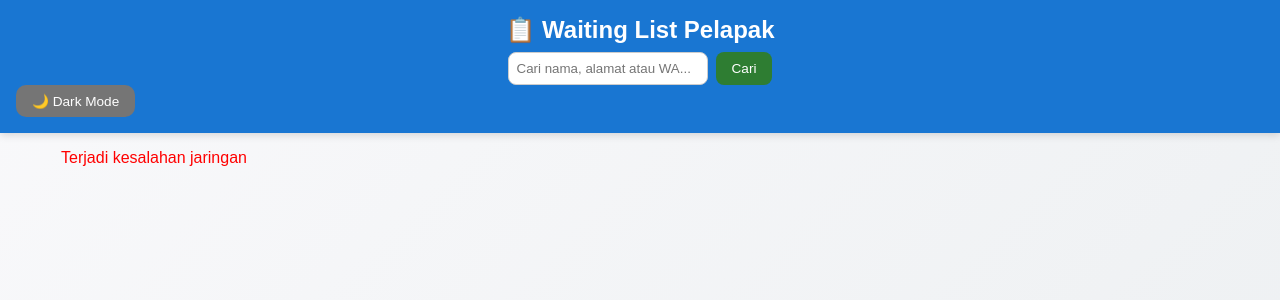
Repository: pasarrakyatbak/WaitingListforPanitia
Page: index.html
These files come from the project's save history. The page is drawn as it stood at one moment and after the next save; the edit follows.
The browser window is 1280 px wide. The pictures show the whole page.
The page's requests for data from a server got no answer.

Above is the page before, as saved 2025-09-25 15:42:06.

### index.html
<!DOCTYPE html>
<html lang="id">

<head>
    <meta charset="UTF-8" />
    <meta name="viewport" content="width=device-width, initial-scale=1.0" />
    <title>Waiting List Pelapak</title>
    <link rel="stylesheet" href="style.css" />
    <link href="https://fonts.googleapis.com/icon?family=Material+Icons" rel="stylesheet">
</head>

<body>
    <header>
        <h1>📋 Waiting List Pelapak</h1>
        <div class="header-actions">
            <div class="search-container">
                <input type="text" id="searchInput" placeholder="Cari nama, alamat atau WA...">
                <button id="searchBtn" class="btn primary">Cari</button>
            </div>
            <button id="darkSwitch" class="btn secondary">🌙 Dark Mode</button>
        </div>
    </header>
    <main class="container">
        <!-- Loader Global -->
        <div id="loader" class="loader hidden">
            <div class="spinner"></div>
            <p>Sedang memuat data...</p>
        </div>

        <!-- List Container -->
        <div id="listContainer" class="grid"></div>

        <!-- Pagination -->
        <div id="pagination" class="pagination"></div>
    </main>

    <!-- Modal Konfirmasi -->
    <div id="modal" class="modal hidden">
        <div class="modal-content">
            <p id="modalMessage"></p>
            <div class="modal-actions">
                <button id="confirmBtn" class="btn primary">
                    <span class="btn-text">Ya</span>
                    <span class="btn-spinner hidden"></span>
                </button>
                <button id="cancelBtn" class="btn secondary">Batal</button>
            </div>
        </div>
    </div>

    <!-- Toast Notification -->
    <div id="toast" class="toast hidden">
        <span id="toastMessage"></span>
        <button id="toastClose">&times;</button>
    </div>

    <script src="script.js"></script>
</body>

</html>

### style.css
/* Reset & global */
* {
    margin: 0;
    padding: 0;
    box-sizing: border-box;
}

body {
    font-family: "Poppins", sans-serif;
    background: linear-gradient(135deg, #f9f9fb, #eceff1);
    color: #333;
    min-height: 100vh;
    display: flex;
    flex-direction: column;
}

header {
    padding: 1rem;
    text-align: center;
    background: #1976d2;
    color: #fff;
    box-shadow: 0 2px 8px rgba(0, 0, 0, 0.15);
}

h1 {
    font-size: 1.5rem;
    font-weight: 600;
    margin-bottom: 0.5rem;
}

.search-container {
    margin-top: 0.5rem;
    display: flex;
    justify-content: center;
    gap: 0.5rem;
}

.search-container input {
    padding: 0.5rem;
    border-radius: 8px;
    border: 1px solid #ccc;
    width: 200px;
}

.search-container button {
    padding: 0.5rem 1rem;
    border-radius: 8px;
    border: none;
    cursor: pointer;
}

/* Loader Global */
.loader {
    display: flex;
    flex-direction: column;
    align-items: center;
    justify-content: center;
    margin: 2rem 0;
    gap: 0.8rem;
}

.loader.hidden {
    display: none;
}

.spinner {
    border: 4px solid #eee;
    border-top: 4px solid #1976d2;
    border-radius: 50%;
    width: 36px;
    height: 36px;
    animation: spin 1s linear infinite;
}

@keyframes spin {
    100% {
        transform: rotate(360deg);
    }
}

/* Grid layout responsif */
.grid {
    display: grid;
    gap: 1rem;
    margin-top: 1rem;
}

@media(min-width:480px) {
    .grid {
        grid-template-columns: repeat(2, 1fr);
    }
}

@media(min-width:768px) {
    .grid {
        grid-template-columns: repeat(3, 1fr);
    }
}

@media(min-width:1024px) {
    .grid {
        grid-template-columns: repeat(4, 1fr);
    }
}

/* Card style */
.card {
    background: #fff;
    border-radius: 16px;
    box-shadow: 0 6px 16px rgba(0, 0, 0, 0.08);
    padding: 1rem 1.2rem;
    display: flex;
    flex-direction: column;
    justify-content: space-between;
    transition: transform 0.25s ease, box-shadow 0.25s ease;
}

.card:hover {
    transform: translateY(-4px);
    box-shadow: 0 10px 24px rgba(0, 0, 0, 0.12);
}

.card.done {
    border: 2px solid #2e7d32;
    background: #f1f8f4;
}

.card .title {
    font-size: 1.1rem;
    font-weight: 600;
    margin-bottom: 0.3rem;
    color: #222;
}

.card .subtitle {
    color: #555;
    font-size: 0.9rem;
    margin-bottom: 0.25rem;
}

.card .actions {
    margin-top: 0.8rem;
    display: flex;
    gap: 0.5rem;
}

/* Button styles */
.btn {
    border: none;
    padding: 0.5rem 1rem;
    border-radius: 10px;
    cursor: pointer;
    font-size: 0.85rem;
    font-weight: 500;
    transition: 0.3s ease;
    display: flex;
    align-items: center;
}

.btn.primary {
    background: #2e7d32;
    color: #fff;
}

.btn.primary:hover {
    background: #1b5e20;
}

.btn.secondary {
    background: #757575;
    color: #fff;
}

.btn.secondary:hover {
    background: #616161;
}

.btn.danger {
    background: #c62828;
    color: #fff;
}

.btn.danger:hover {
    background: #8e0000;
}

/* Modal */
.modal {
    position: fixed;
    inset: 0;
    background: rgba(0, 0, 0, 0.45);
    display: flex;
    align-items: center;
    justify-content: center;
    z-index: 1000;
}

.modal.hidden {
    display: none;
}

.modal-content {
    background: #fff;
    padding: 1.5rem;
    border-radius: 14px;
    width: 90%;
    max-width: 340px;
    text-align: center;
    animation: fadeInUp 0.3s ease;
}

.modal-actions {
    margin-top: 1rem;
    display: flex;
    justify-content: space-around;
}

/* Toast */
.toast {
    position: fixed;
    top: 50%;
    left: 50%;
    transform: translate(-50%, -50%) scale(0.95);
    background: #323232;
    color: #fff;
    padding: 1rem 1.2rem;
    border-radius: 12px;
    font-size: 0.95rem;
    box-shadow: 0 8px 24px rgba(0, 0, 0, 0.2);
    opacity: 0;
    display: flex;
    align-items: center;
    gap: 1rem;
    transition: opacity 0.4s ease, transform 0.4s ease;
    z-index: 2000;
}

.toast.show {
    opacity: 1;
    transform: translate(-50%, -50%) scale(1.05);
}

.toast.success {
    background: #2e7d32;
}

.toast.error {
    background: #c62828;
}

.toast button {
    background: transparent;
    border: none;
    color: #fff;
    font-size: 1.2rem;
    cursor: pointer;
}

/* Animasi */
@keyframes fadeInUp {
    from {
        transform: translateY(20px);
        opacity: 0;
    }

    to {
        transform: translateY(0);
        opacity: 1;
    }
}

/* Spinner kecil di tombol modal */
.btn-spinner {
    border: 3px solid rgba(255, 255, 255, 0.5);
    border-top: 3px solid #fff;
    border-radius: 50%;
    width: 16px;
    height: 16px;
    margin-left: 8px;
    animation: spin 0.8s linear infinite;
    display: inline-block;
}

.btn-spinner.hidden {
    display: none;
}

/* Spinner kecil di tombol card */
.btn-card-spinner {
    border: 2px solid rgba(255, 255, 255, 0.5);
    border-top: 2px solid #fff;
    border-radius: 50%;
    width: 14px;
    height: 14px;
    margin-left: 6px;
    animation: spin 0.8s linear infinite;
    display: inline-block;
}

.btn-card-spinner.hidden {
    display: none;
}

/* Pagination */
.pagination {
    display: flex;
    justify-content: center;
    gap: 0.5rem;
    margin-top: 1rem;
}

.pagination button {
    padding: 0.4rem 0.8rem;
    border-radius: 6px;
    border: 1px solid #1976d2;
    background: #fff;
    color: #1976d2;
    cursor: pointer;
}

.pagination button.active {
    background: #1976d2;
    color: #fff;
}

.pagination button:hover {
    opacity: 0.8;
}

/* Dark Mode */
body.dark {
    background: linear-gradient(135deg, #1c1c1e, #2c2c2e);
    color: #e5e5e5;
}

body.dark header {
    background: #121212;
    color: #fff;
}

body.dark .card {
    background: #1e1e1e;
    color: #e5e5e5;
    box-shadow: 0 6px 16px rgba(0, 0, 0, 0.4);
}

body.dark .card.done {
    border: 2px solid #4caf50;
    background: #2a2f2a;
}

body.dark .card .subtitle {
    color: #ccc;
}

body.dark .btn.primary {
    background: #4caf50;
    color: #fff;
}

body.dark .btn.primary:hover {
    background: #388e3c;
}

body.dark .btn.secondary {
    background: #757575;
    color: #fff;
}

body.dark .btn.secondary:hover {
    background: #616161;
}

body.dark .btn.danger {
    background: #e53935;
    color: #fff;
}

body.dark .btn.danger:hover {
    background: #b71c1c;
}

body.dark .modal-content {
    background: #2c2c2e;
    color: #fff;
}

body.dark .toast.success {
    background: #4caf50;
}

body.dark .toast.error {
    background: #e53935;
}

body.dark .pagination button {
    border-color: #4caf50;
    color: #4caf50;
    background: #1c1c1e;
}

body.dark .pagination button.active {
    background: #4caf50;
    color: #fff;
}

### script.js
const URL_API = "https://script.google.com/macros/s/AKfycby4z2qZ24SrJkcyGpybH29lSUC_3_z1LG-7wSmTzpaOEXrwjXf0Cl3hqkg95qAxPj1-/exec";

const listContainer = document.getElementById("listContainer");
const modal = document.getElementById("modal");
const modalMessage = document.getElementById("modalMessage");
const confirmBtn = document.getElementById("confirmBtn");
const cancelBtn = document.getElementById("cancelBtn");
const loader = document.getElementById("loader");
const btnText = confirmBtn.querySelector(".btn-text");
const btnSpinner = confirmBtn.querySelector(".btn-spinner");
const searchInput = document.getElementById("searchInput");
const searchBtn = document.getElementById("searchBtn");
const paginationDiv = document.getElementById("pagination");
const darkSwitch = document.getElementById("darkSwitch");

let selectedItem = null;
let selectedAction = null;
let selectedCardButton = null;
let currentPage = 1;
let totalPages = 1;
let currentKeyword = "";

// Loader global
function showLoader() { loader.classList.remove("hidden"); }
function hideLoader() { loader.classList.add("hidden"); }

// Spinner modal Ya
function setButtonLoading(state) {
    if (state) { btnText.textContent = "Memproses..."; btnSpinner.classList.remove("hidden"); confirmBtn.disabled = true; }
    else { btnText.textContent = "Ya"; btnSpinner.classList.add("hidden"); confirmBtn.disabled = false; }
}

// Load data
async function loadData(page = 1, limit = 10, keyword = "") {
    showLoader();
    let url = keyword && keyword.trim() !== ""
        ? `${URL_API}?action=searchWaitingList&keyword=${encodeURIComponent(keyword)}&page=${page}&limit=${limit}`
        : `${URL_API}?action=waitingList&page=${page}&limit=${limit}`;
    try {
        const res = await fetch(url);
        const json = await res.json();
        listContainer.innerHTML = "";
        if (json.success) {
            json.data.forEach(item => renderCard(item));
            currentPage = page;
            totalPages = json.totalPages || 1;
            renderPagination();
        } else {
            listContainer.innerHTML = `<p style="text-align:center;">${json.message || 'Gagal mengambil data'}</p>`;
            paginationDiv.innerHTML = "";
        }
    } catch (err) {
        console.error("Error loadData:", err);
        listContainer.innerHTML = `<p style="text-align:center; color:red;">Terjadi kesalahan jaringan</p>`;
        paginationDiv.innerHTML = "";
    } finally { hideLoader(); }
}

// Render card
function renderCard(item) {
    const card = document.createElement("div");
    card.classList.add("card");
    if (item.status === "done") card.classList.add("done");
    card.dataset.no = item.no;

    card.innerHTML = `
      <div class="title">${item.no}. ${item.nama}</div>
      <div class="subtitle"><strong>Alamat:</strong> ${item.alamat}</div>
      <div class="subtitle"><strong>Jualan:</strong> ${item.jualan}</div>
      <div class="subtitle"><strong>WA:</strong> ${item.nomor_wa}</div>
      <div class="actions">
        <button class="btn primary">
          Done <span class="btn-card-spinner hidden"></span>
        </button>
        <button class="btn danger">
          Hapus <span class="btn-card-spinner hidden"></span>
        </button>
      </div>
    `;

    const btnDone = card.querySelector(".btn.primary");
    const btnHapus = card.querySelector(".btn.danger");
    const spinnerDone = btnDone.querySelector(".btn-card-spinner");
    const spinnerHapus = btnHapus.querySelector(".btn-card-spinner");

    btnDone.addEventListener("click", () => {
        selectedItem = item;
        selectedAction = "done";
        selectedCardButton = btnDone;
        modalMessage.textContent = `Tandai "${item.nama}" sebagai Done?`;
        modal.classList.remove("hidden");
    });

    btnHapus.addEventListener("click", () => {
        selectedItem = item;
        selectedAction = "delete";
        selectedCardButton = btnHapus;
        modalMessage.textContent = `Hapus "${item.nama}" dari waiting list?`;
        modal.classList.remove("hidden");
    });

    listContainer.appendChild(card);
}

// Modal cancel
cancelBtn.addEventListener("click", () => {
    modal.classList.add("hidden");
    selectedItem = null;
    selectedAction = null;
    selectedCardButton = null;
});

// Modal confirm
confirmBtn.addEventListener("click", async () => {
    if (!selectedItem || !selectedAction) {
        modal.classList.add("hidden");
        return;
    }

    const actionApi = selectedAction === "done" ? "approveWaitingList" : "deleteWaitingList";

    // Spinner modal Ya
    setButtonLoading(true);

    // Spinner tombol card (Done atau Hapus)
    const spinnerCard = selectedCardButton.querySelector(".btn-card-spinner");
    selectedCardButton.disabled = true;
    spinnerCard.classList.remove("hidden");

    try {
        const res = await fetch(URL_API, {
            method: "POST",
            body: new URLSearchParams({
                action: actionApi,
                no: selectedItem.no
            })
        });
        const json = await res.json();

        if (json.success) {
            if (selectedAction === "done") {
                markAsDone(selectedItem.no);
                showToast(`"${selectedItem.nama}" ditandai Done ✅`, "success");
            } else { // Hapus
                removeCard(selectedItem.no);
                showToast(`"${selectedItem.nama}" berhasil dihapus ❌`, "success");
            }
        } else {
            showToast(json.message || "Gagal update data", "error");
        }
    } catch (err) {
        console.error("Error confirm:", err);
        showToast("Kesalahan jaringan", "error");
    } finally {
        setButtonLoading(false);
        spinnerCard.classList.add("hidden"); // Hentikan spinner
        selectedCardButton.disabled = false;  // Aktifkan kembali tombol card
        modal.classList.add("hidden");
        selectedItem = null;
        selectedAction = null;
        selectedCardButton = null;
    }
});

function markAsDone(no) {
    const card = listContainer.querySelector(`.card[data-no="${no}"]`);
    if (card) card.classList.add("done");
}

function removeCard(no) {
    const card = listContainer.querySelector(`.card[data-no="${no}"]`);
    if (card) card.remove();
}

// Toast
function showToast(message, type = "success") {
    const toast = document.getElementById("toast");
    const toastMessage = document.getElementById("toastMessage");
    const toastClose = document.getElementById("toastClose");
    toastMessage.textContent = message;
    toast.className = `toast ${type} show`;
    const timer = setTimeout(() => { toast.className = "toast hidden"; }, 3000);
    toastClose.onclick = () => { clearTimeout(timer); toast.className = "toast hidden"; };
}

// Pagination
function renderPagination() {
    paginationDiv.innerHTML = "";
    for (let i = 1; i <= totalPages; i++) {
        const btn = document.createElement("button");
        btn.textContent = i;
        if (i === currentPage) btn.classList.add("active");
        btn.addEventListener("click", () => { loadData(i, 10, currentKeyword); });
        paginationDiv.appendChild(btn);
    }
}

// Search
searchBtn.addEventListener("click", () => {
    currentKeyword = searchInput.value.trim();
    loadData(1, 10, currentKeyword);
});

searchInput.addEventListener("keypress", (e) => {
    if (e.key === "Enter") { searchBtn.click(); }
});
// Cek preferensi di localStorage
if (localStorage.getItem("darkMode") === "true") {
    document.body.classList.add("dark");
    darkSwitch.textContent = "☀️ Light Mode";
}

// Toggle dark mode
darkSwitch.addEventListener("click", () => {
    document.body.classList.toggle("dark");
    const isDark = document.body.classList.contains("dark");
    localStorage.setItem("darkMode", isDark);
    darkSwitch.textContent = isDark ? "☀️ Light Mode" : "🌙 Dark Mode";
});
// Load awal
window.addEventListener("DOMContentLoaded", () => { loadData(); });

After the next save:
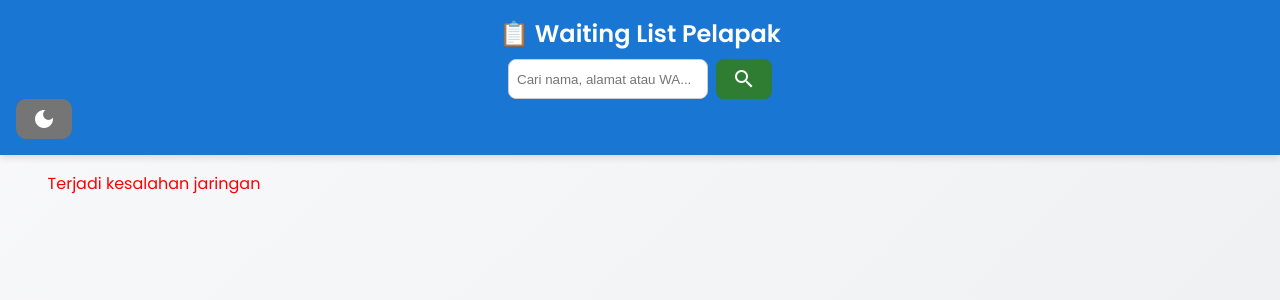
Saved 2 min 44 s later.
--- a/index.html
+++ b/index.html
@@ -2,24 +2,30 @@
 <html lang="id">
 
 <head>
-    <meta charset="UTF-8" />
-    <meta name="viewport" content="width=device-width, initial-scale=1.0" />
+    <meta charset="UTF-8">
+    <meta name="viewport" content="width=device-width, initial-scale=1.0">
     <title>Waiting List Pelapak</title>
-    <link rel="stylesheet" href="style.css" />
+    <link rel="stylesheet" href="style.css">
+    <link href="https://fonts.googleapis.com/css2?family=Poppins:wght@400;500;600&display=swap" rel="stylesheet">
     <link href="https://fonts.googleapis.com/icon?family=Material+Icons" rel="stylesheet">
 </head>
 
 <body>
-    <header>
+    <header class="app-bar">
         <h1>📋 Waiting List Pelapak</h1>
         <div class="header-actions">
             <div class="search-container">
                 <input type="text" id="searchInput" placeholder="Cari nama, alamat atau WA...">
-                <button id="searchBtn" class="btn primary">Cari</button>
+                <button id="searchBtn" class="btn primary">
+                    <span class="material-icons">search</span>
+                </button>
             </div>
-            <button id="darkSwitch" class="btn secondary">🌙 Dark Mode</button>
+            <button id="darkSwitch" class="btn secondary">
+                <span class="material-icons">dark_mode</span>
+            </button>
         </div>
     </header>
+
     <main class="container">
         <!-- Loader Global -->
         <div id="loader" class="loader hidden">
